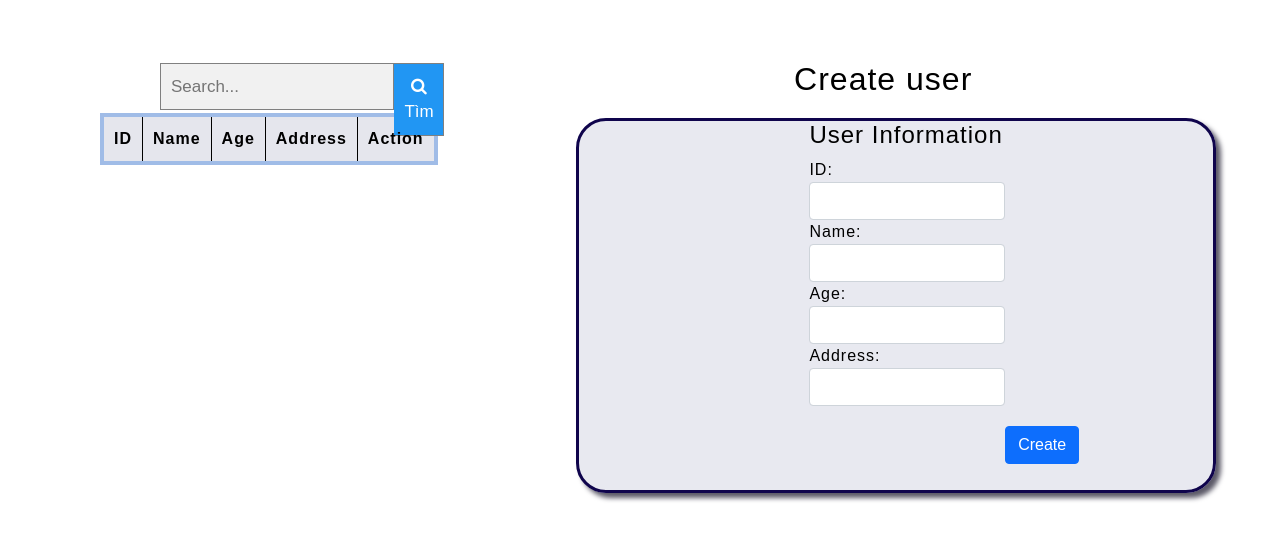
Repository: minhtuan16/JS-Basic
Page: CRUD-Department/create.html
These files come from the project's save history. The page is drawn as it stood at one moment and after the next save; the edit follows.
The browser window is 1280 px wide. The pictures show the whole page.

Above is the page before, as saved 2022-06-09 00:48:42.

After the next save:
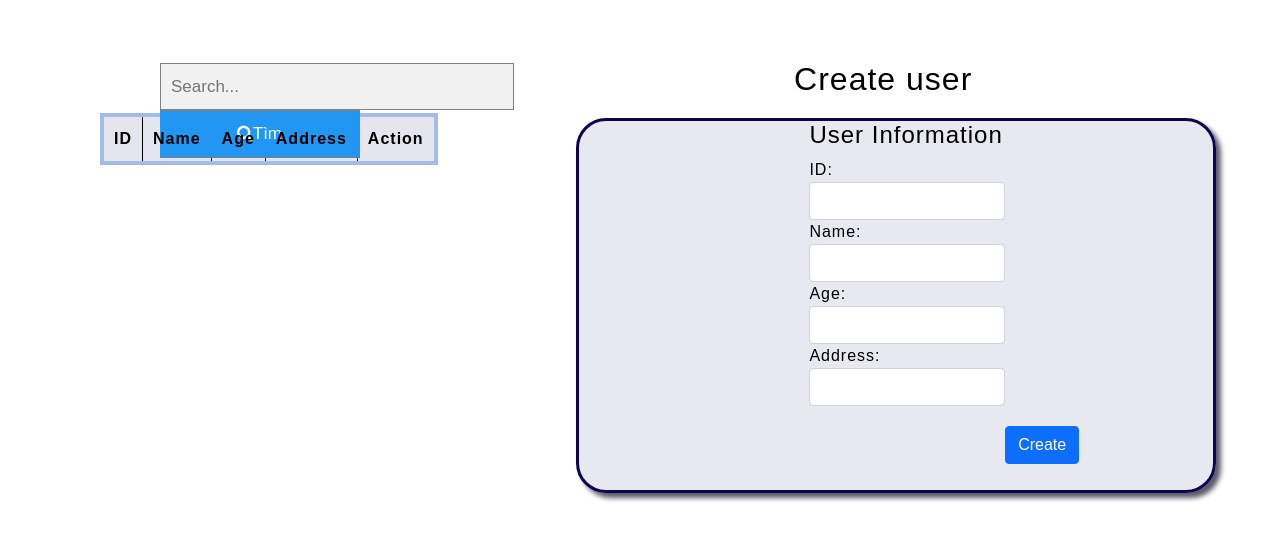
Saved 5 s later.
--- a/CRUD-Department/create.html
+++ b/CRUD-Department/create.html
@@ -44,7 +44,7 @@
     <div class="search-container">
         <form >
             <input type="text" placeholder="Search..." id="search" value="">
-            <button type="button" onclick="search()" style="width: 50px;"><i class="fa fa-search"></i>Tìm</button>
+            <button type="button" onclick="search()" style="width: 200px;"><i class="fa fa-search"></i>Tìm</button>
         </form>
     </div>
 
